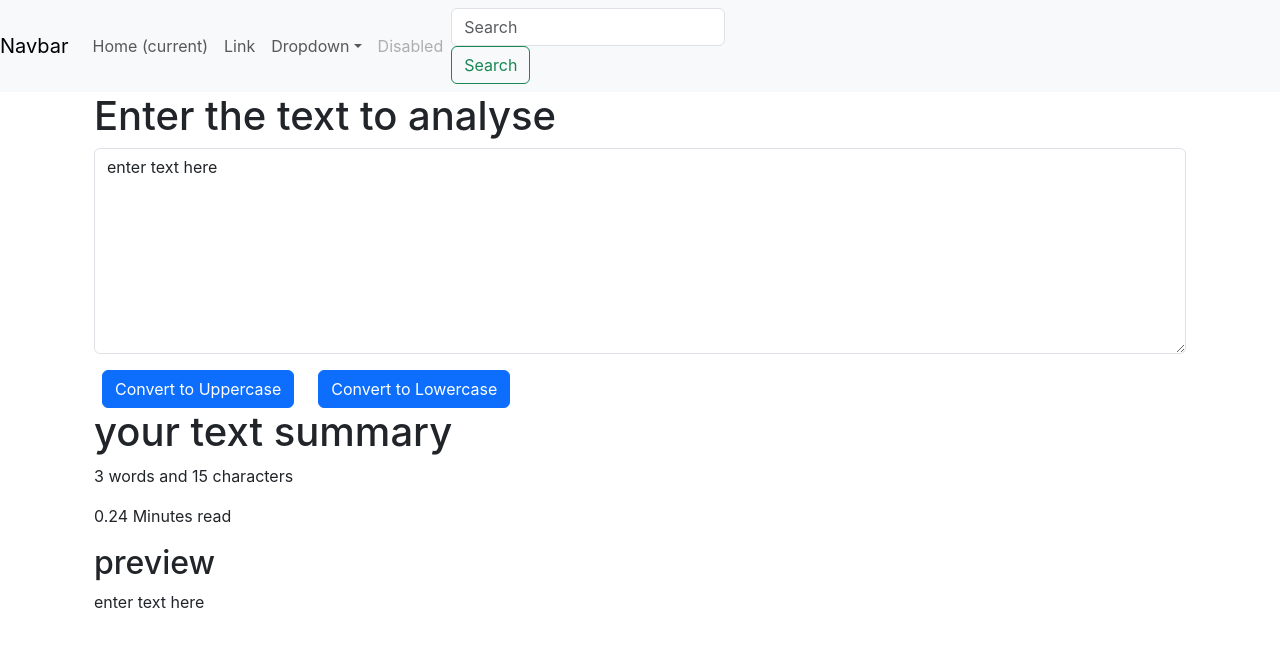
Repository: Aastha1035/React.navbar
Page: /
These files come from the project's save history. The page is drawn as it stood at one moment and after the next save; the edit follows.
The browser window is 1280 px wide. The pictures show the whole page.
The project was rebuilt for these pictures with package versions that can differ from the ones it lists, and the page was loaded fresh each time. Also part of the build but not shown: src/App.css.

Above is the page before, as saved 2024-07-17 12:43:36.

After the next save:
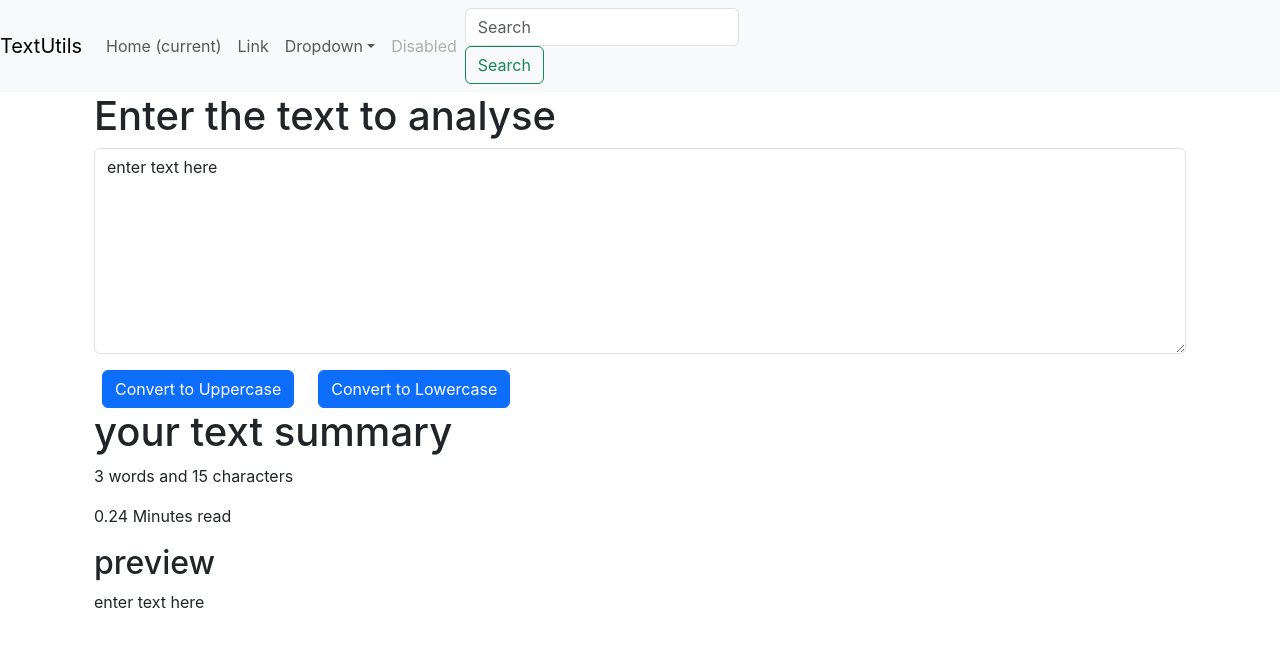
Saved 82 s later.
--- a/src/components/Navbar.js
+++ b/src/components/Navbar.js
@@ -3,7 +3,7 @@
 export default function Navbar(props) {
   return (
     <nav className="navbar navbar-expand-lg navbar-light bg-light">
-  <a className="navbar-brand" href="#">Navbar</a>
+  <a className="navbar-brand" href="#">{props.title}</a>
   <button className="navbar-toggler" type="button" data-toggle="collapse" data-target="#navbarSupportedContent" aria-controls="navbarSupportedContent" aria-expanded="false" aria-label="Toggle navigation">
     <span className="navbar-toggler-icon"></span>
   </button>
